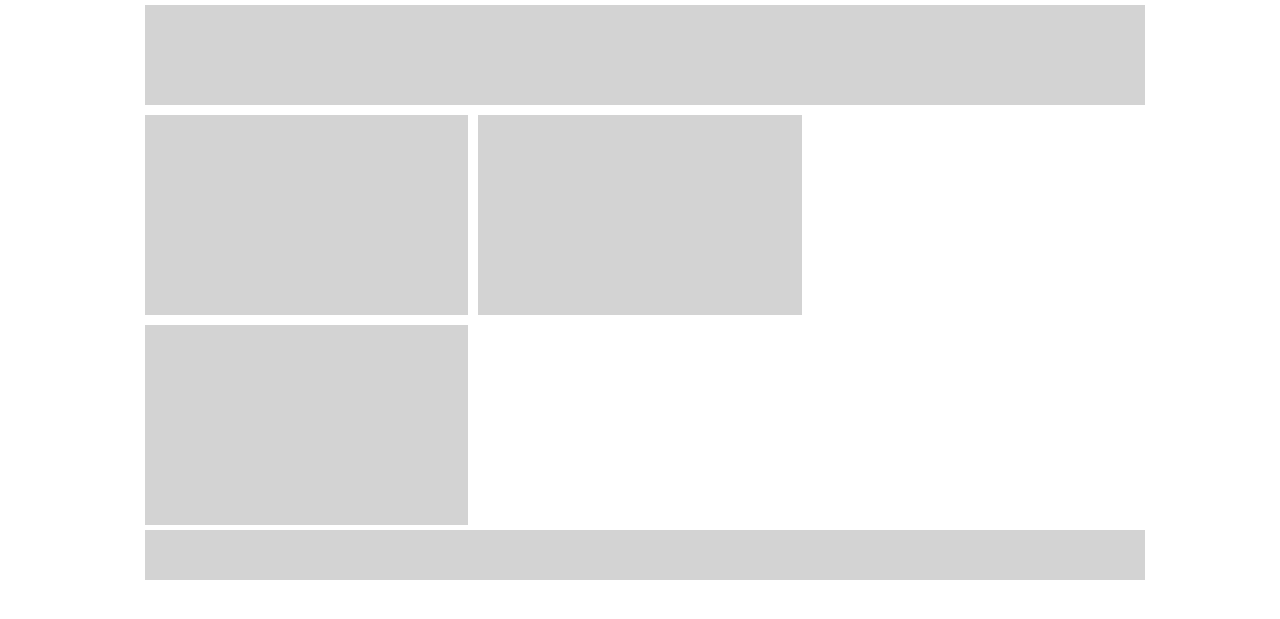
Repository: onopriienkoalina/onopriienkoalina.github.io
Page: dz9_containers/index.html
An editor plug-in stored every save of this project. The page is shown before and after a run of saves, followed by the edit.
The browser window is 1280 px wide. The pictures show the whole page.
The style sheet was rebuilt from its Sass, Less or Tailwind sources for each picture, by a compiler version that may differ from the author's.

Above is the page before, as saved 2021-12-01 18:25:39.

After the next 2 saves:
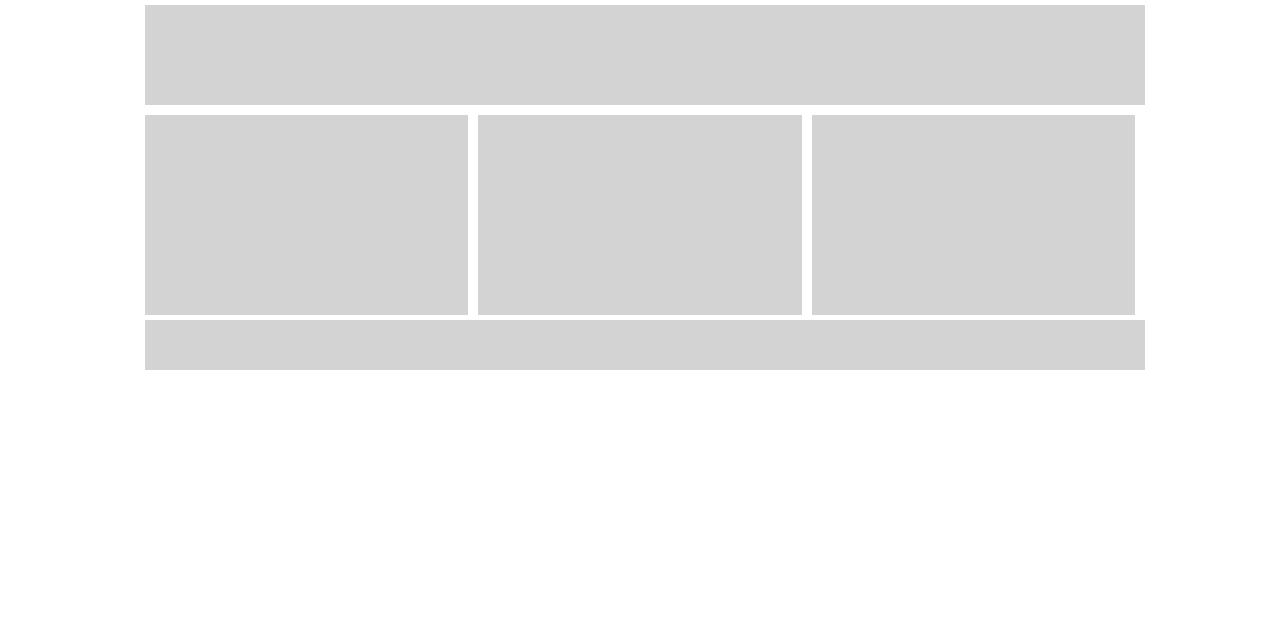
The 2 saves are shown as one change because they came seconds apart.
The last was saved 9 s later.
--- a/dz9_containers/style.scss
+++ b/dz9_containers/style.scss
@@ -1,7 +1,7 @@
 
 .section{
  float: left;
- width: 32.35%;
+ width: 32.33%;
  height: 200px;
  margin: 5px;
  background-color: #D3D3D3;

After the save that followed:
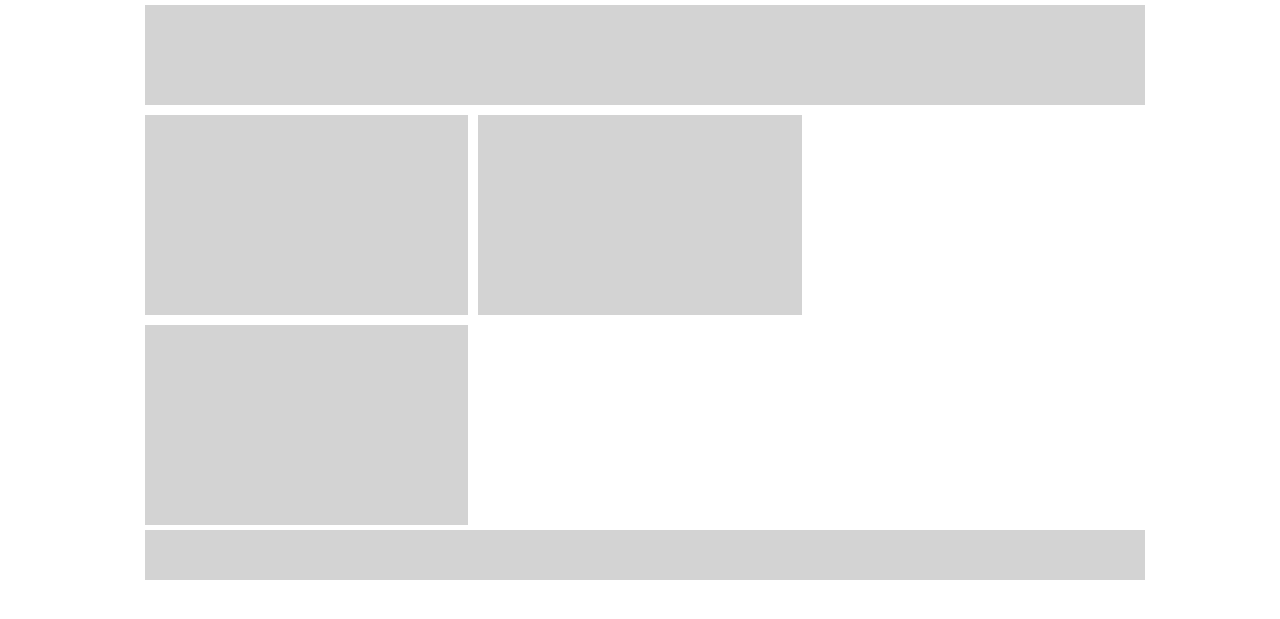
Saved 9 s later.
--- a/dz9_containers/style.scss
+++ b/dz9_containers/style.scss
@@ -1,7 +1,7 @@
 
 .section{
  float: left;
- width: 32.33%;
+ width: 32.34%;
  height: 200px;
  margin: 5px;
  background-color: #D3D3D3;
